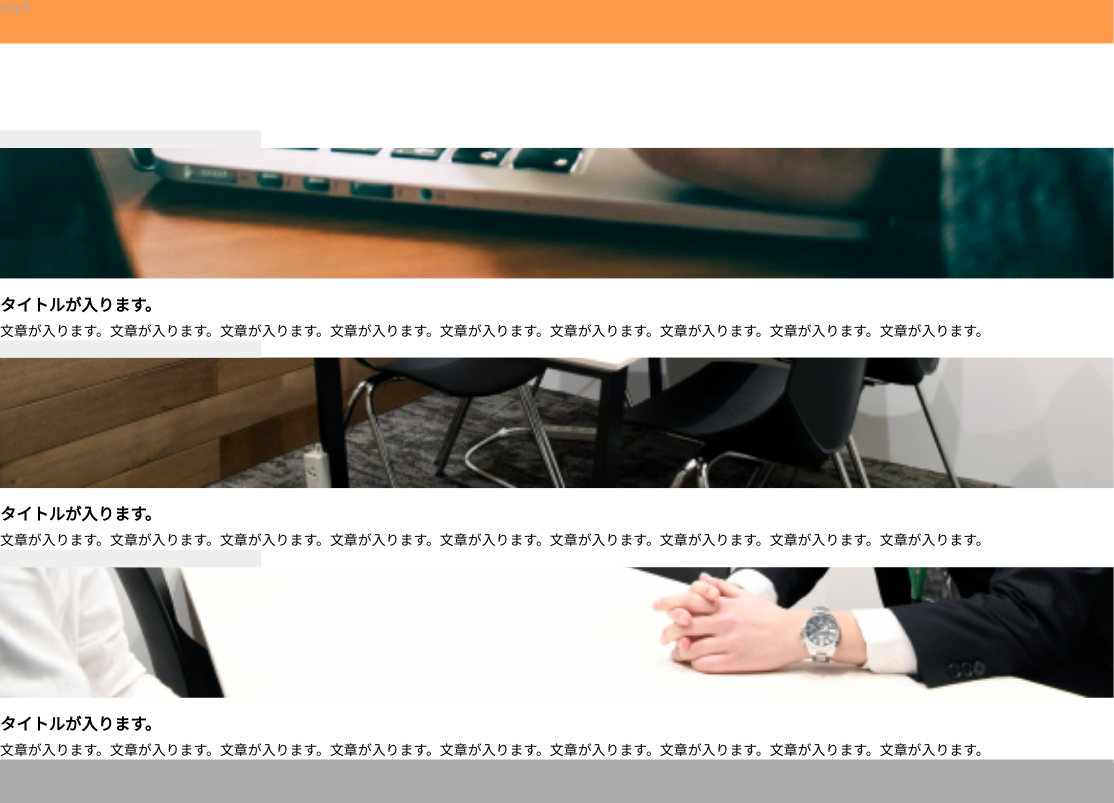
Repository: macchi-ro/-1
Page: 演習/practice.html
The author's editor kept a record of every edit. The page is drawn from the files as they stood at one moment, then again after the next edit.
The browser window is 1280 px wide. The pictures show the whole page, at 87% of full size.
Some web libraries are served in a nearby version.

Above is the page before.

### 演習/practice.html
<!DOCTYPE html>
<html lang="ja">
  <head>
    <meta charset="UTF-8" />

    <!-- FontAwesomeの読み込み -->
    <script src="https://kit.fontawesome.com/1411ab0f97.js" crossorigin="anonymous"></script>
    <!-- CSSファイルの読み込み -->
    <link rel="stylesheet" href="practice.css" />
    <title>演習</title>


  </head>

  <body>
   <header>
     <div class="header"></div>
   </header>

   <main>
     <div class="main"></div>
      <div class="step-box"></div>
       <div class="step-num">step1</div>
       <div class="step-img1"></div>
       <h3 class="title">タイトルが入ります。</h3>
       <p class="stepbox.text">文章が入ります。文章が入ります。文章が入ります。文章が入ります。文章が入ります。文章が入ります。文章が入ります。文章が入ります。文章が入ります。</p>

      <div class="step-box"></div>
       <div class="step-num">step2</div>
       <div class="step-img2"></div>
       <h3 class="title">タイトルが入ります。</h3>
       <p class="stepbox.text">文章が入ります。文章が入ります。文章が入ります。文章が入ります。文章が入ります。文章が入ります。文章が入ります。文章が入ります。文章が入ります。</p>

      <div class="step-box"></div>
       <div class="step-num">step3</div>
       <div class="step-img3"></div>
       <h3 class="title">タイトルが入ります。</h3>
       <p class="stepbox.text">文章が入ります。文章が入ります。文章が入ります。文章が入ります。文章が入ります。文章が入ります。文章が入ります。文章が入ります。文章が入ります。</p>


   </main>
   <footer>
     <div class="footer"></div>
   </footer>
  </body>
</html>

### 演習/practice.css
* {
  box-sizing: border-box;
  margin: 0;
  padding: 0;
}

.header {
 height: 50px;
 background-color: #ff9a4b;
}

.main {
  width: 960;
  margin: 50px auto;
  display: flex;
  justify-content: center;
}

.step-box {
  width: 300px;
  margin-right: 30px;
  padding: 10px;
  position: relative;
  background-color: #eee
}

.step-box last-child {
  margin-right: 0;
}

.step-img1 {
  height: 150px;
  background-image: url(img/flow01.png);
  background-position: bottom;
  background-size: cover
}

.step-img2 {
  height: 150px;
  background-image: url(img/flow02.png);
  background-position: bottom;
  background-size: cover
}

.step-img3 {
  height: 150px;
  background-image: url(img/flow03.png);
  background-position: bottom;
  background-size: cover
}

.step-num {
  position: absolute;
  top: 0;
  left: 0;
  background-color: #ff9a4b;
  color: #aaa;
}

.title {
  margin: 15px 0 5px;
}

.footer {
  height: 50px;
  background-color: #aaa;
}
@media screen and (max-width: 425px) {

   header {
    width: 100%;
    }
   main {
    width: 100%;
    }
   footer {
    width: 100%;
    }

    header {
     height: 50px;
    }
    main {
     margin: 50px auto;

     display:flex;
     flex-flow: column;

    }

    stepbox {
      width: 90%;
    }

}

After the next edit:
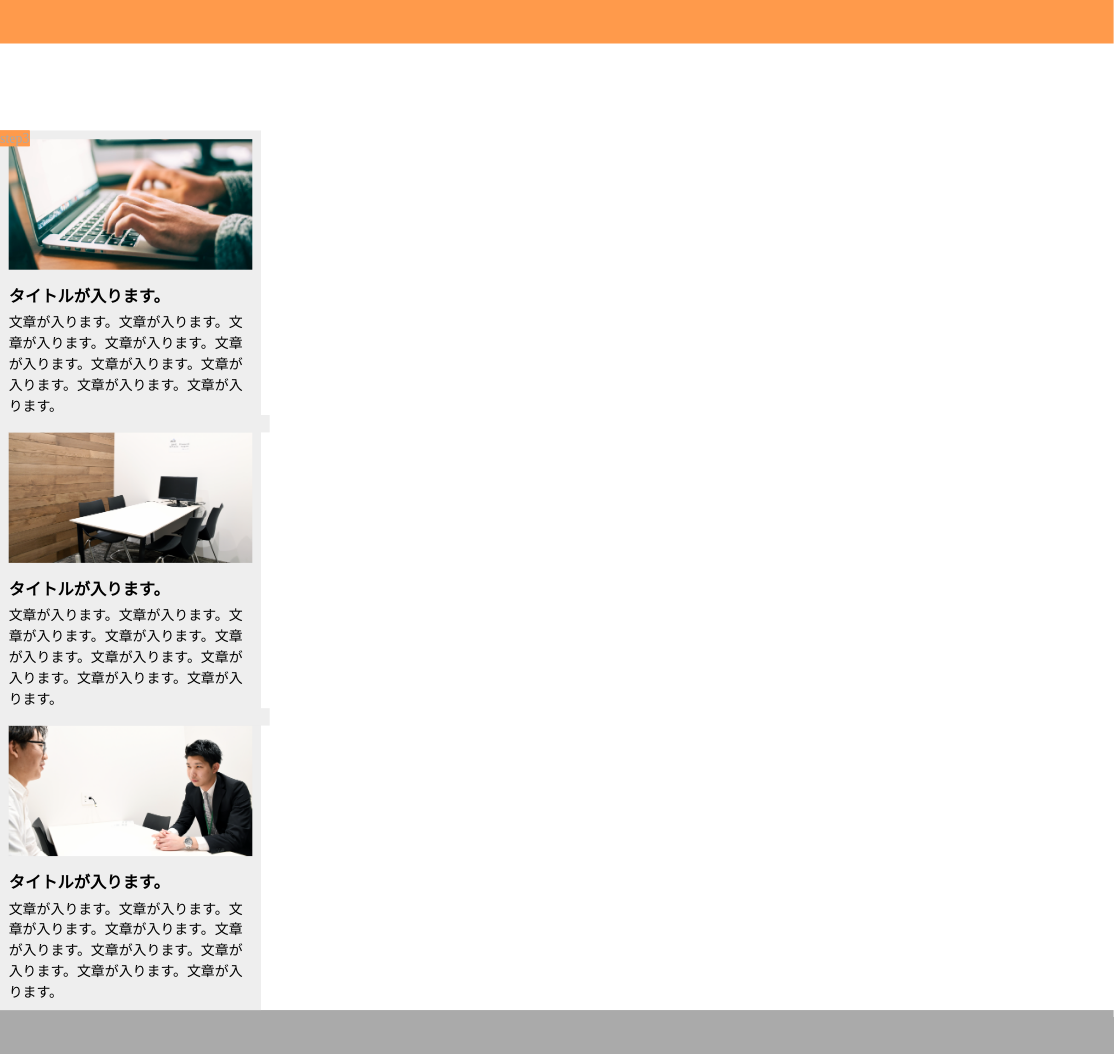
The edit:
--- a/演習/practice.html
+++ b/演習/practice.html
@@ -19,7 +19,7 @@
 
    <main>
      <div class="main"></div>
-      <div class="step-box"></div>
+      <div class="step-box">
        <div class="step-num">step1</div>
        <div class="step-img1"></div>
        <h3 class="title">タイトルが入ります。</h3>
